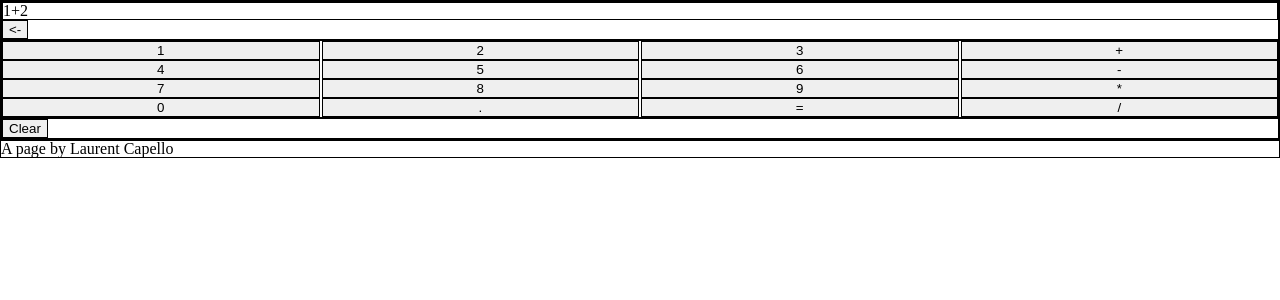
Repository: sokafootball/js-calculator
Page: index.html
The author's editor kept a copy of each file at every save. The page is drawn from the files as they stood at one save, then again after the next save.
The browser window is 1280 px wide. The pictures show the whole page.

Above is the page before, as saved 2020-04-25 11:14:31.

After the next save:
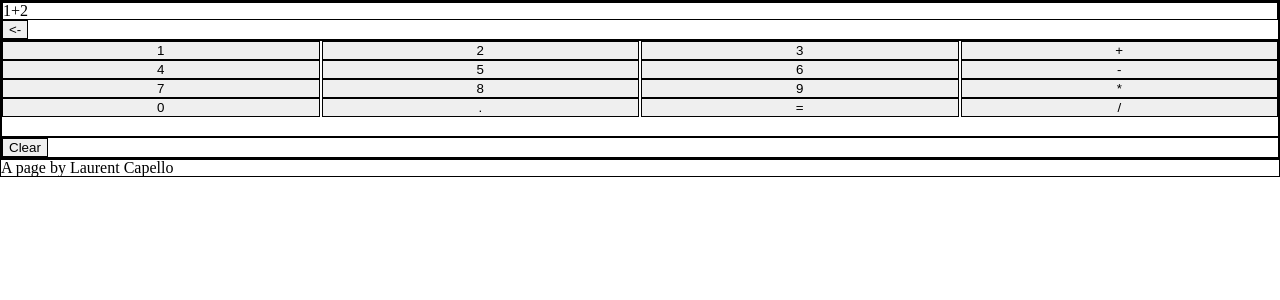
Saved 72 s later.
--- a/style.css
+++ b/style.css
@@ -1,6 +1,6 @@
 #calc-mid{
   column-gap: 2px;
   display: grid;
-  grid-template-columns: repeat(4, 1fr);
-  grid-template-rows: repeat(3, 1fr) [numbers-end]
+  grid-template-columns: repeat(3, 1fr) [num-col-end] 1fr;
+  grid-template-rows: 1fr [num-row-start] repeat(3, 1fr) [num-row-end] 1fr
 }
